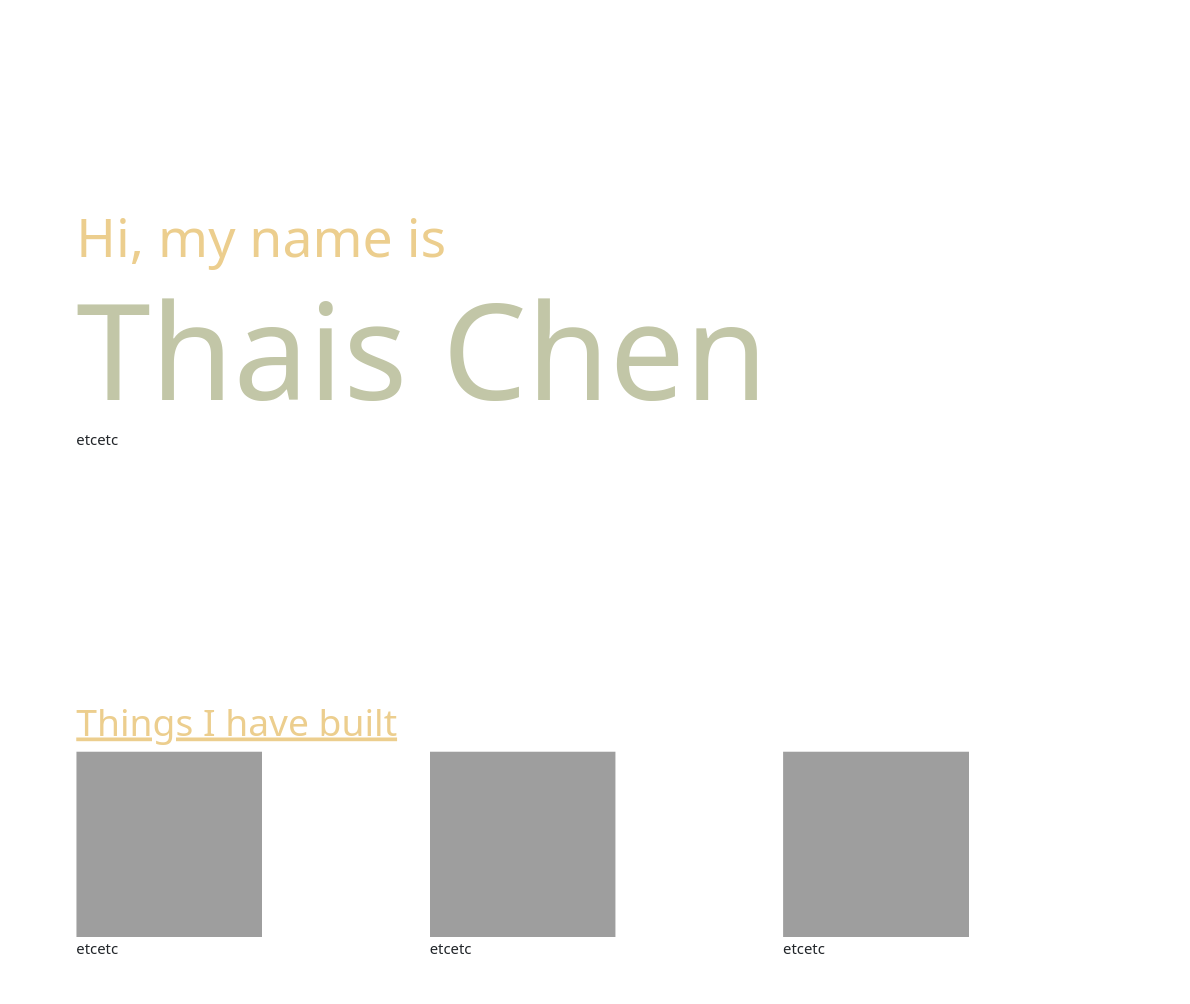
Repository: thais-chen/Portfolio
Page: index.html
The author's editor kept a copy of each file at every save. The page is drawn from the files as they stood at one save, then again after a run of saves.
The browser window is 1280 px wide. The pictures show the whole page, at 93% of full size.
Pictures or frames that could not be fetched are drawn as grey boxes.

Above is the page before, as saved 2022-06-17 19:26:07.

After the next 2 saves:
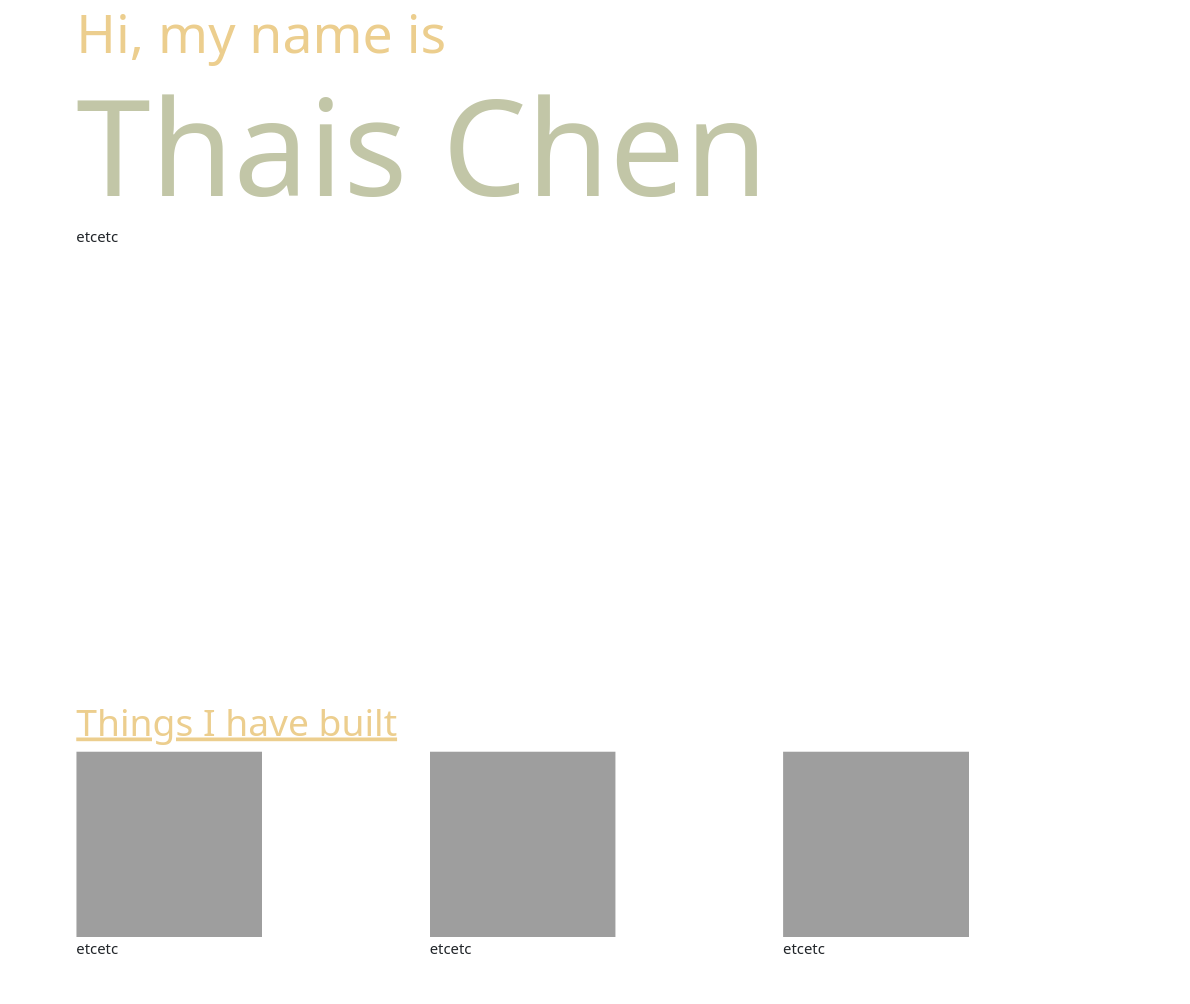
The 2 saves are shown as one change because they came seconds apart.
The last was saved 12 s later.
--- a/index.html
+++ b/index.html
@@ -23,7 +23,7 @@
     </header> -->
     <main>
         <div class="container">
-        <section id="intro" class="row align-items-center">
+        <section id="intro" class="row "">
             <div class="col">
                 <h3>Hi, my name is </h3>
                 <h1>Thais Chen</h1>

After the 3 saves that followed:
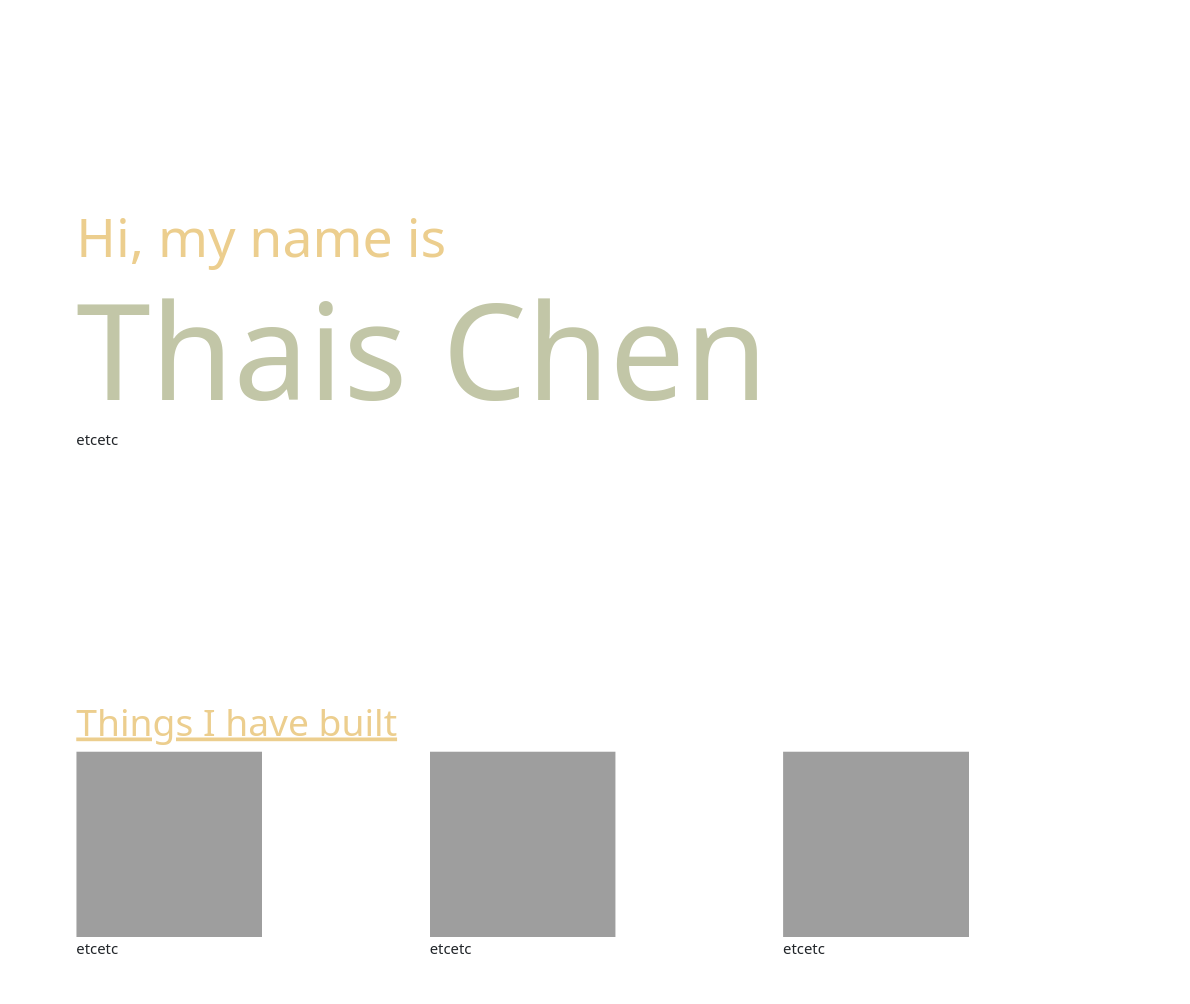
The 3 saves are shown as one change because 1 left the picture as it was and some came seconds apart.
The last was saved 29 s later.
--- a/index.html
+++ b/index.html
@@ -23,7 +23,7 @@
     </header> -->
     <main>
         <div class="container">
-        <section id="intro" class="row "">
+        <section id="intro" class="row align-items-center">
             <div class="col">
                 <h3>Hi, my name is </h3>
                 <h1>Thais Chen</h1>
